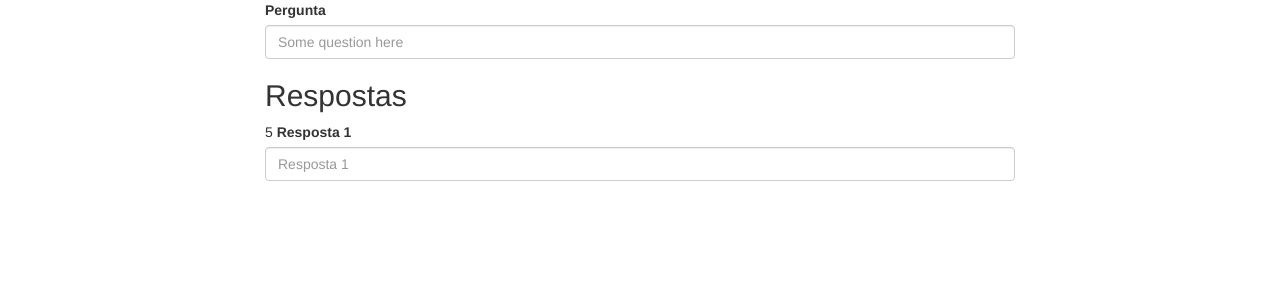
Repository: brunoUnigranrio/TDEs-Daw
Page: http://localhost/TDE1/sucesso.jsp
The author's editor kept a copy of each file at every save. The page is drawn from the files as they stood at one save, then again after the next save.
The browser window is 1280 px wide. The pictures show the whole page.
The page is served by Tomcat 9.

Above is the page before, as saved 2019-06-16 20:28:06.
Console error (its wording comes from the project's code and is left out).

### TDE1/WebContent/sucesso.jsp
<%@ page language="java" contentType="text/html; charset=UTF-8"
    pageEncoding="UTF-8"%>
<!DOCTYPE html>
<html>
<head>
<meta charset="UTF-8">
<title>Cadastro de formulário</title>
<!-- Latest compiled and minified CSS -->
<link rel="stylesheet" href="https://stackpath.bootstrapcdn.com/bootstrap/3.4.1/css/bootstrap.min.css" integrity="sha384-HSMxcRTRxnN+Bdg0JdbxYKrThecOKuH5zCYotlSAcp1+c8xmyTe9GYg1l9a69psu" crossorigin="anonymous">

<!-- Optional theme -->
<link rel="stylesheet" href="https://stackpath.bootstrapcdn.com/bootstrap/3.4.1/css/bootstrap-theme.min.css" integrity="sha384-6pzBo3FDv/PJ8r2KRkGHifhEocL+1X2rVCTTkUfGk7/0pbek5mMa1upzvWbrUbOZ" crossorigin="anonymous">

<!-- Latest compiled and minified JavaScript -->
<script src="https://stackpath.bootstrapcdn.com/bootstrap/3.4.1/js/bootstrap.min.js" integrity="sha384-aJ21OjlMXNL5UyIl/XNwTMqvzeRMZH2w8c5cRVpzpU8Y5bApTppSuUkhZXN0VxHd" crossorigin="anonymous"></script>
</head>
<body>
<div class = "container">
<div class = "row">
<div class = "col-md-8 col-md-offset-2">
<form>
  <div class="form-group">
    <label for="perguntaInput">Pergunta</label>
    <input type="text" class="form-control" id="perguntaInput" placeholder="Some question here">
  </div>
  <div class="form-group">
  <h2 class=>Respostas</h2>
  <%
  int i =1;
  for (i = 1; i < 5; i++) {

  }

  %>
  <%=i %>
    <label for="r1">Resposta 1</label>
    <input type="text" class="form-control" id="r1" placeholder="Resposta 1">

  </div>

</form>
</div>

</div>

</body>
</html>

After the next save:
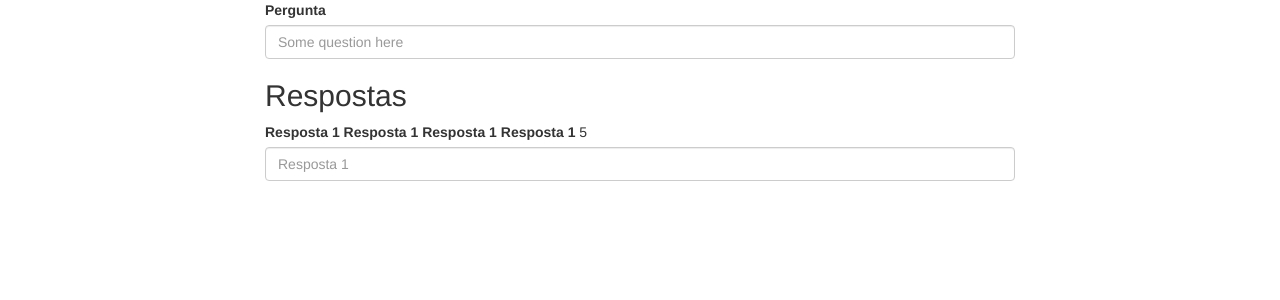
Saved 2 min 52 s later.
--- a/TDE1/WebContent/sucesso.jsp
+++ b/TDE1/WebContent/sucesso.jsp
@@ -28,12 +28,14 @@
   <%
   int i =1;
   for (i = 1; i < 5; i++) {
+	  out.println(
+		"<label for=\"r1\">Resposta 1</label>"
+			  );
 
   }
 
   %>
   <%=i %>
-    <label for="r1">Resposta 1</label>
     <input type="text" class="form-control" id="r1" placeholder="Resposta 1">
 
   </div>
